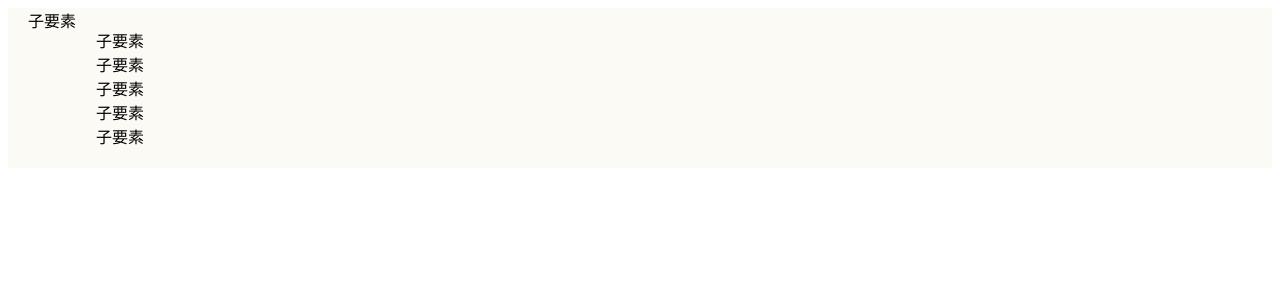
Repository: kyomufire/Potepan_kadai1
Page: Potepan Lessons/index4.html
The author's editor kept a record of every edit. The page is drawn from the files as they stood at one moment, then again after the next edit.
The browser window is 1280 px wide. The pictures show the whole page.

Above is the page before.

### Potepan Lessons/index4.html
<!DOCTYPE html>
<html>
  <head>
    <meta charset = "UTF-8">
    <title>タイトル</title>
    <link rel="stylesheet" href="test4.css">
  </head>

  <body>
    <div class="Flexbox">
      <div class="ContentLeft">子要素</div>
      <div class="ContentRight">
        <div>子要素</div>
        <div>子要素</div>
        <div>子要素</div>
        <div>子要素</div>
        <div>子要素</div>
      </div>
    </div>
  </body>
</html>

### Potepan Lessons/test4.css
.Flexbox {
  display: flex;
  background-color: #fcfaf5;
  padding: 0px 20px;
}

.ContentLeft {
  color:
  padding 20px;
}

.ContentRight {
  color:;
  padding: 20px;
}

After the next edit:
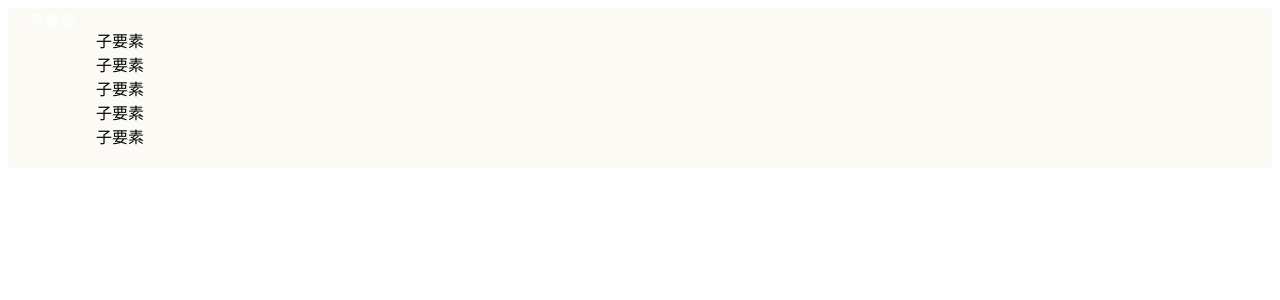
The edit:
--- a/Potepan Lessons/test4.css
+++ b/Potepan Lessons/test4.css
@@ -5,7 +5,7 @@
 }
 
 .ContentLeft {
-  color:
+  color: #fff;
   padding 20px;
 }
 
